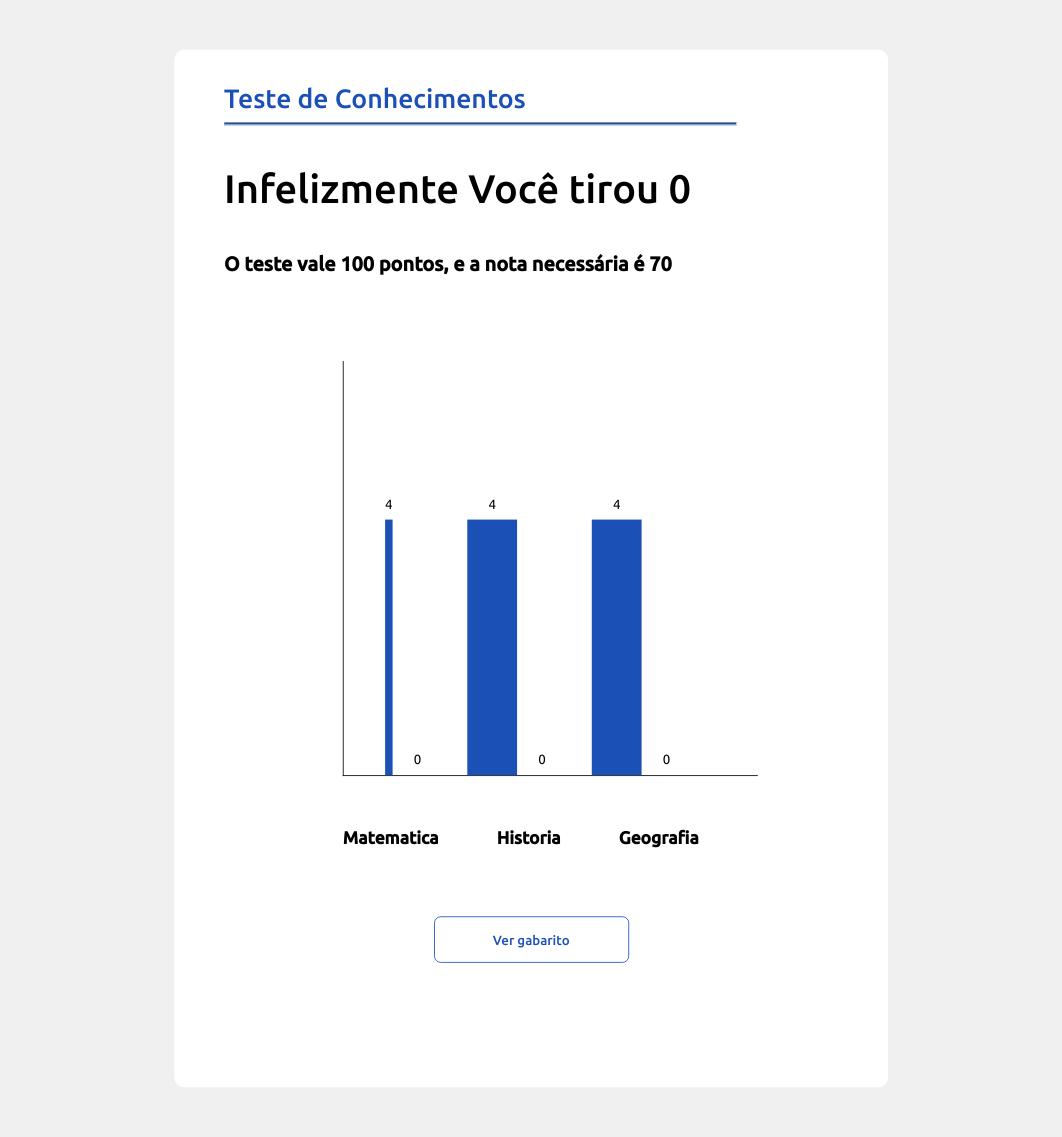
Repository: Delei09/desafioPerguntas
Page: /resultado (app in frontend/)
An editor plug-in stored every save of this project. The page is shown before and after the next save, followed by the edit.
The browser window is 1280 px wide. The pictures show the whole page, at 83% of full size.
The project was rebuilt for these pictures with package versions that can differ from the ones it lists, and the page was loaded fresh each time. A package was used in the major version that the imports need, not the one package.json lists. Also part of the build but not shown: frontend/src/styles/home.scss, frontend/src/page/Home.tsx, frontend/src/styles/gabarito.scss, frontend/src/page/Gabarito.tsx.

Above is the page before, as saved 2021-08-19 16:55:48.

After the next save:
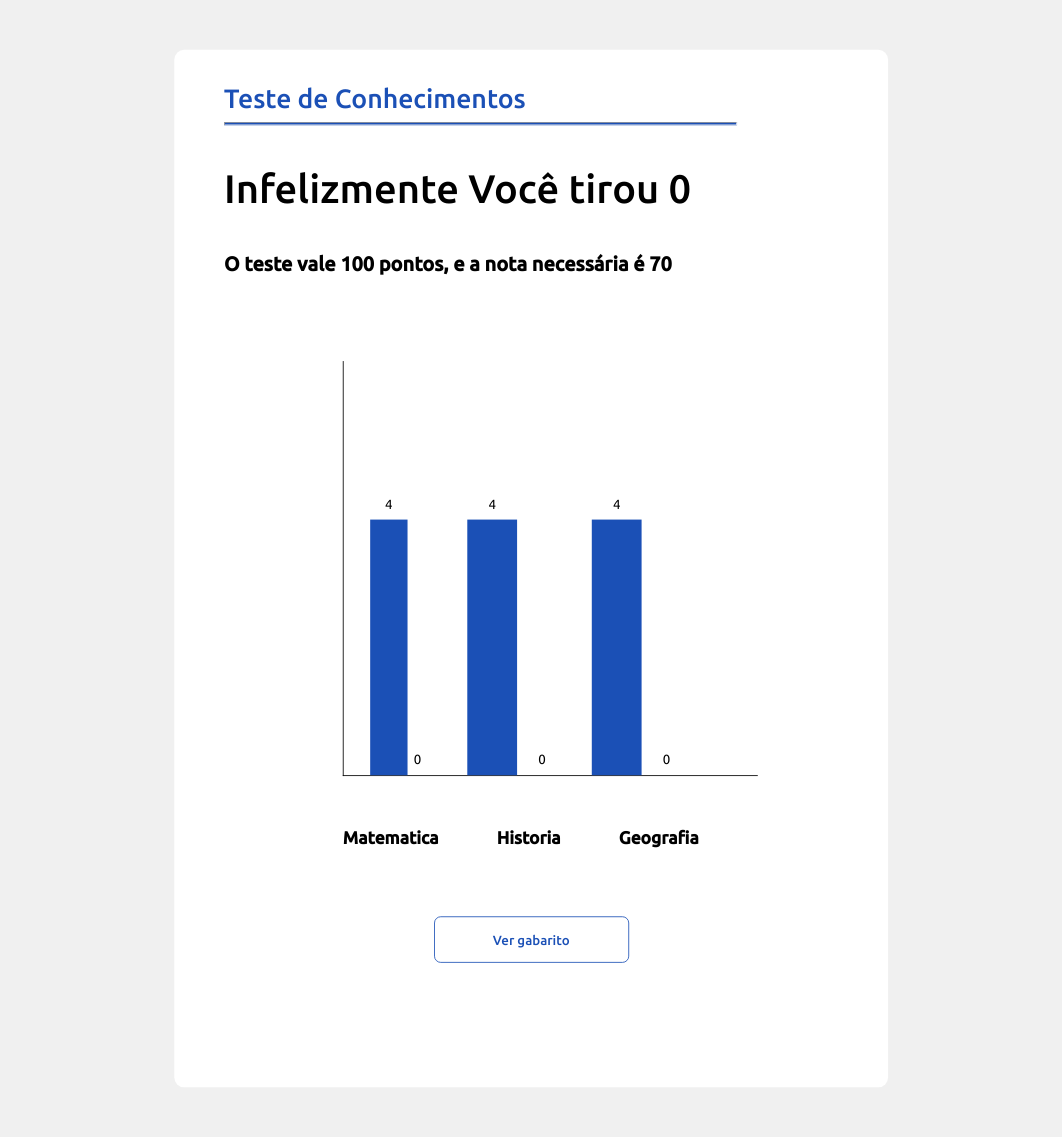
Saved 9 s later.
--- a/frontend/src/styles/resultado.scss
+++ b/frontend/src/styles/resultado.scss
@@ -24,7 +24,7 @@
     align-items: center;
   }
   .graficoMat{
-    width: 100%;
+    width: 500%;
     background-color: #1B50B6;
     height: 308px
  }
